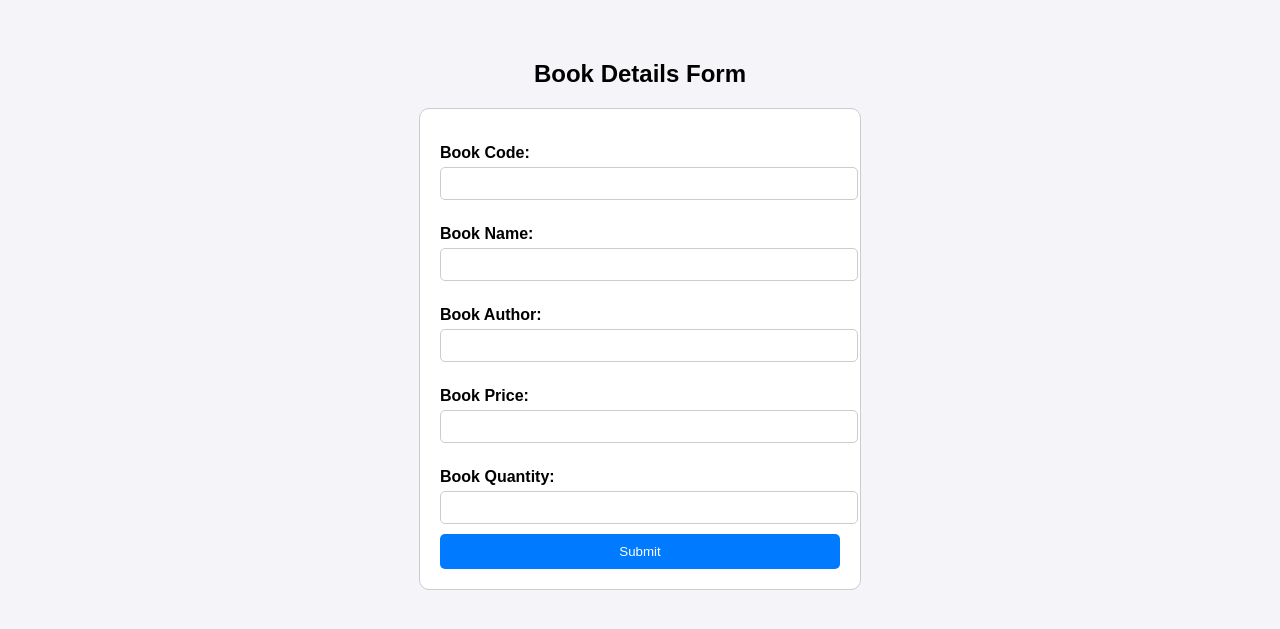
Repository: GokulLade/WebApps_with_Servlets_JSP
Page: 02_ReadDisplayBookDetails/src/main/webapp/index.html
These files come from the project's save history. The page is drawn as it stood at one moment and after a run of saves; the edit follows.
The browser window is 1280 px wide. The pictures show the whole page.

Above is the page before, as saved 2024-11-30 11:04:07.

After the next 3 saves:
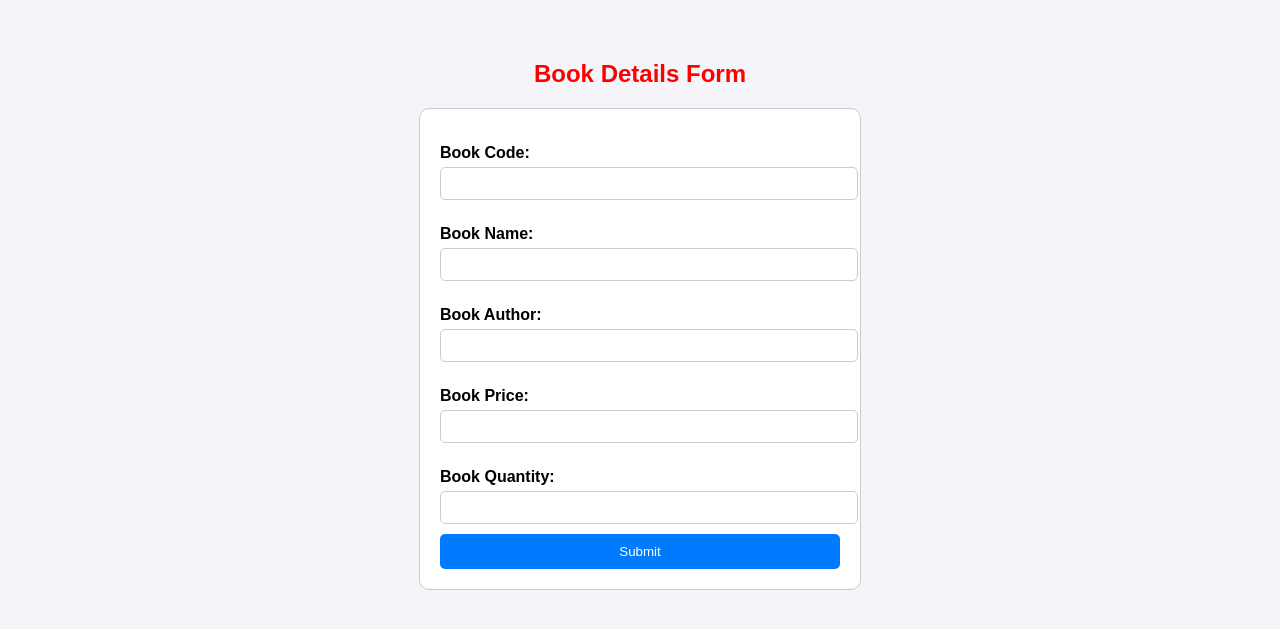
The 3 saves are shown as one change because they came seconds apart.
The last was saved 24 s later.
--- a/02_ReadDisplayBookDetails/src/main/webapp/index.html
+++ b/02_ReadDisplayBookDetails/src/main/webapp/index.html
@@ -14,6 +14,7 @@
         h2{
         	display: flex;
         	justify-content: center;
+        	color:red;
         }
         form {
             max-width: 400px;

After the save that followed:
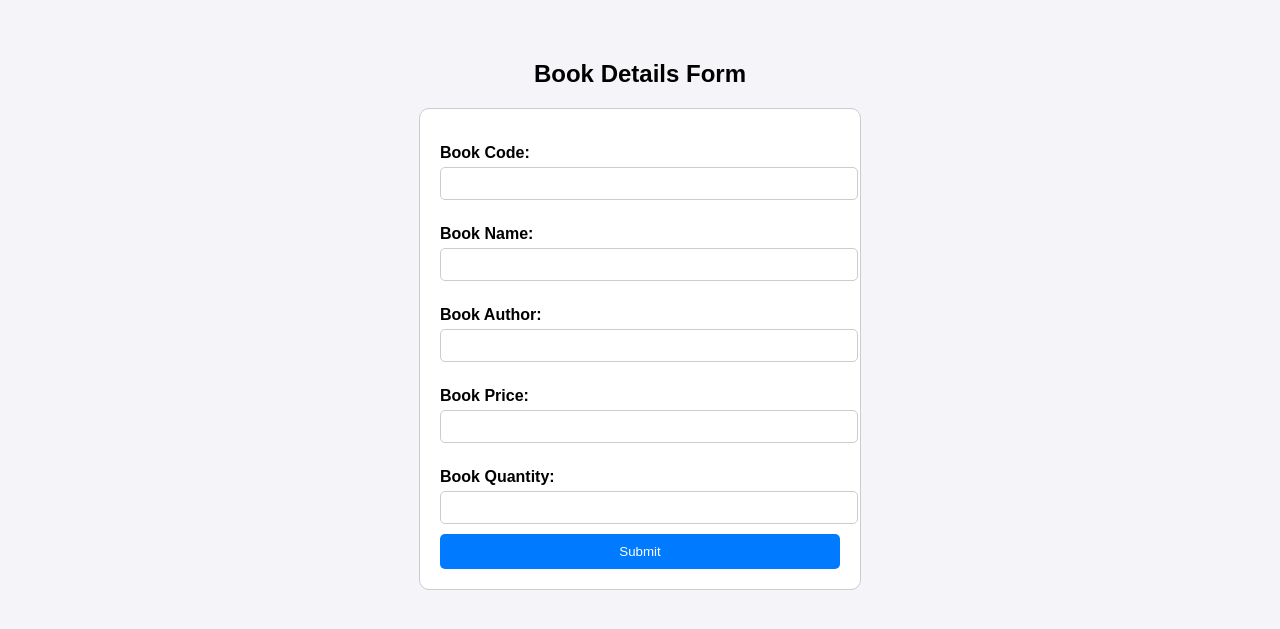
Saved 11 s later.
--- a/02_ReadDisplayBookDetails/src/main/webapp/index.html
+++ b/02_ReadDisplayBookDetails/src/main/webapp/index.html
@@ -14,7 +14,7 @@
         h2{
         	display: flex;
         	justify-content: center;
-        	color:red;
+        	color:;
         }
         form {
             max-width: 400px;
